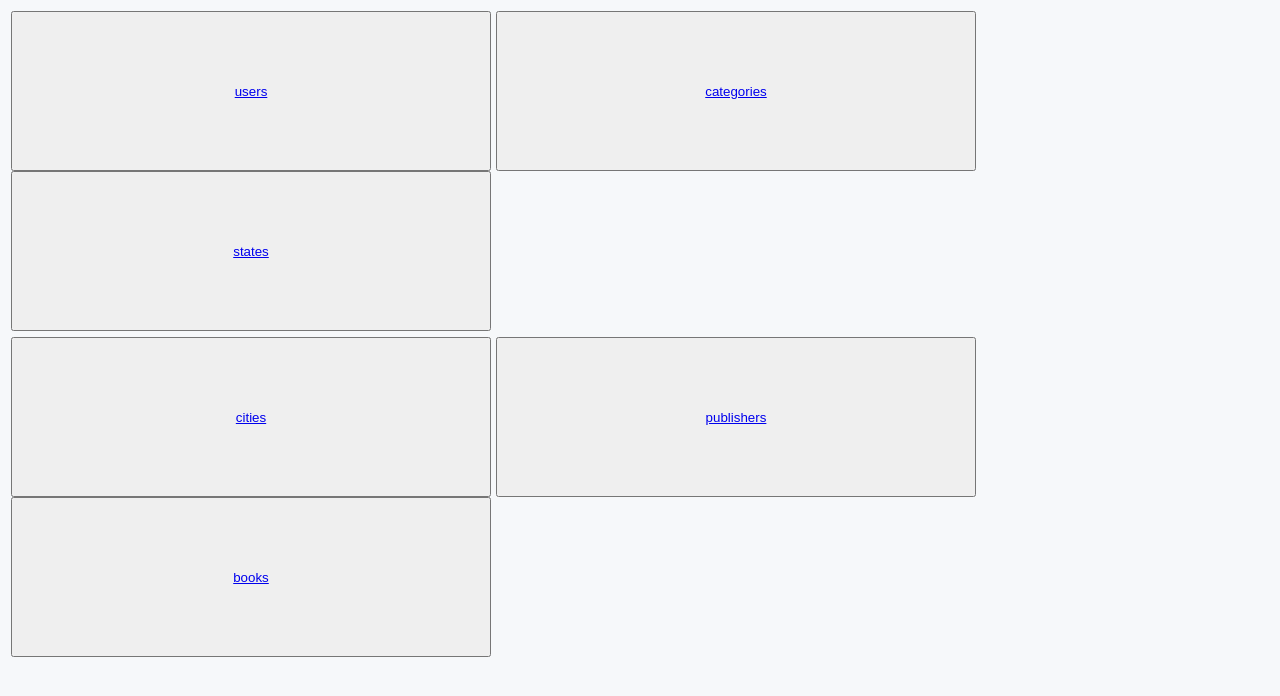
Repository: fontanive12/Biblioteca
Page: front/paginaInicial.html
An editor plug-in stored every save of this project. The page is shown before and after the next save, followed by the edit.
The browser window is 1280 px wide. The pictures show the whole page.

Above is the page before, as saved 2022-09-05 17:22:35.

After the next save:
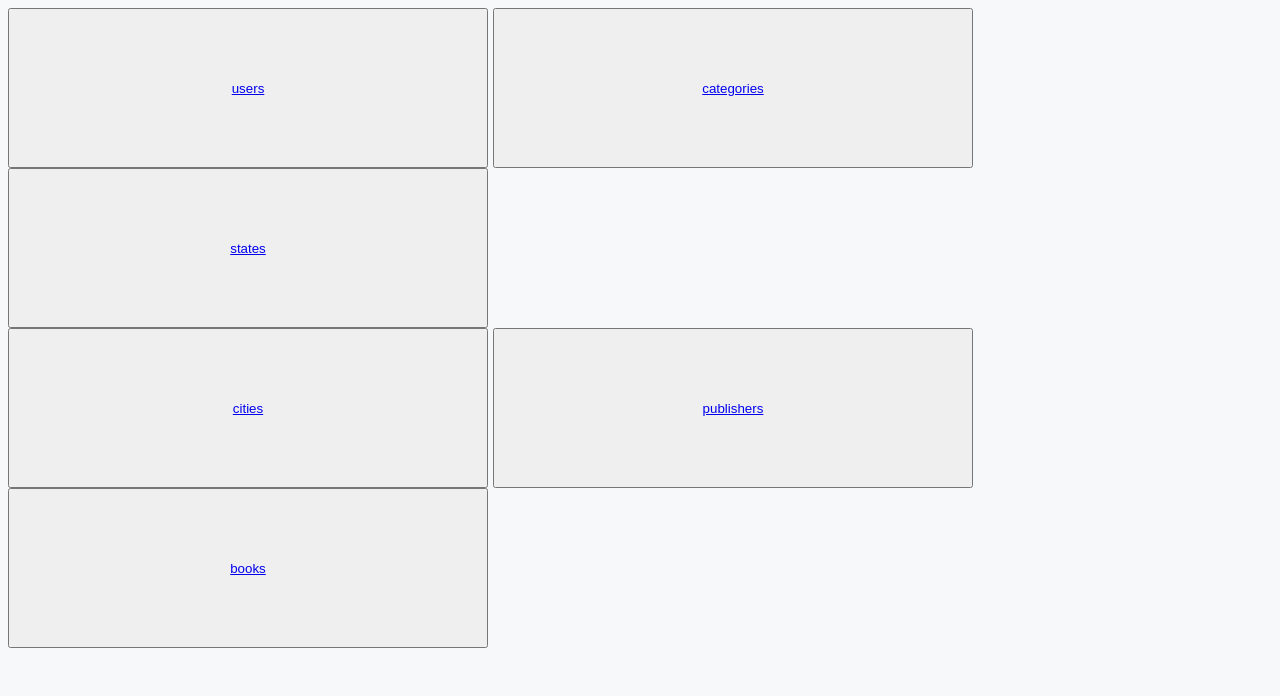
Saved 8 s later.
--- a/front/styles.css
+++ b/front/styles.css
@@ -17,8 +17,6 @@ td {
 }
 
 .containerButtons {
-  /* margin: 1rem; */
-  padding: 3px
 }
 
 .buttonMenu {
